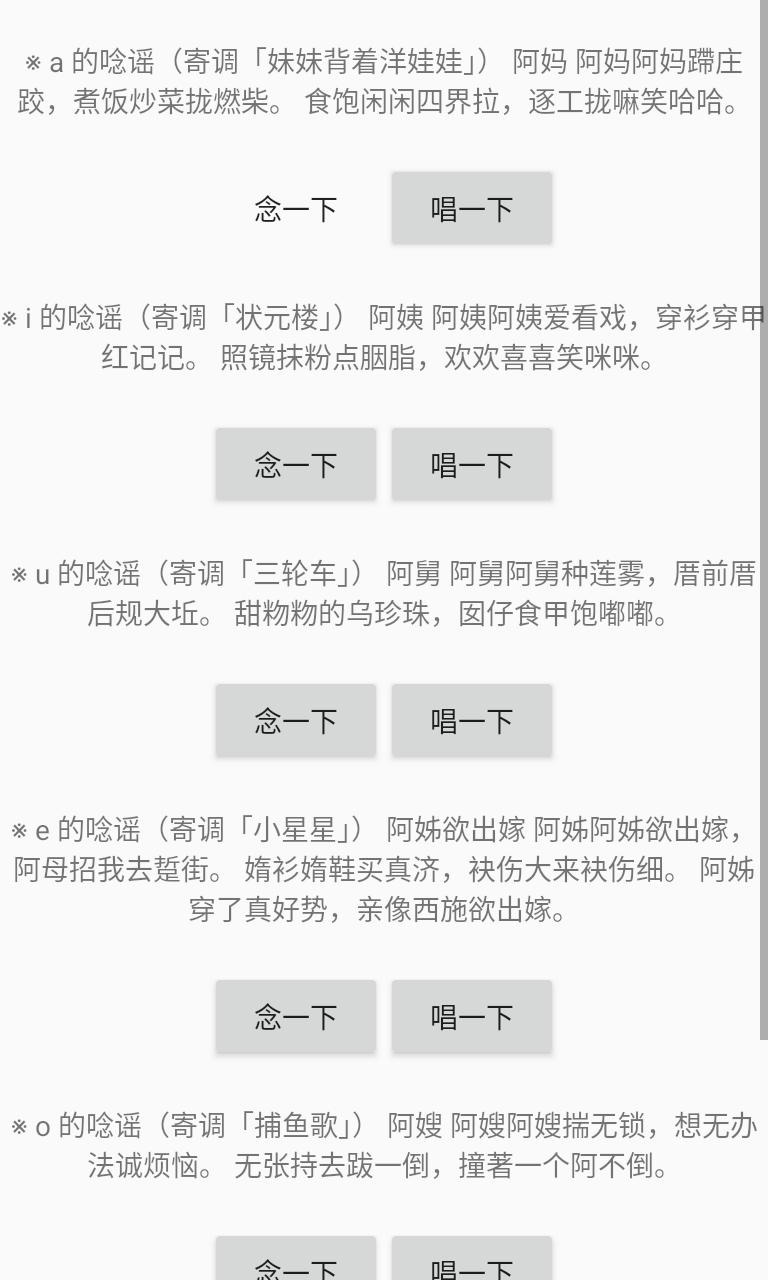
Repository: DIRONY/MinXue
Layout: MinXue/res/layout/fragment_nianyao.xml
The author's editor kept a copy of each file at every save. The layout is drawn from the files as they stood at one save, then again after the next save.
It is drawn on a 768 x 1280 px phone screen (xhdpi) without system bars, with theme AppTheme; the app's code is not run.

Above is the layout before, as saved 2014-12-03 06:22:54.

### MinXue/res/layout/fragment_nianyao.xml
<?xml version="1.0" encoding="utf-8"?>
<ScrollView xmlns:android="http://schemas.android.com/apk/res/android"
    android:layout_width="match_parent"
    android:layout_height="match_parent" >

    <LinearLayout
        android:layout_width="match_parent"
        android:layout_height="wrap_content"
        android:orientation="vertical" >

        <TextView
            android:layout_width="match_parent"
            android:layout_height="wrap_content"
            android:layout_gravity="fill_vertical"
            android:layout_marginTop="20dp"
            android:gravity="center"
            android:text="※ a 的唸谣（寄调「妹妹背着洋娃娃」）
阿妈
阿妈阿妈蹛庄跤，煮饭炒菜拢燃柴。
食饱闲闲四界拉，逐工拢嘛笑哈哈。" />

        <LinearLayout
            android:layout_width="wrap_content"
            android:layout_height="wrap_content"
            android:layout_gravity="center"
            android:layout_marginTop="20dp"
            android:orientation="horizontal" >

            <Button
                android:id="@+id/a_read"
                android:layout_width="wrap_content"
                android:layout_height="wrap_content"
                style="?android:attr/buttonBarStyle"
                android:text="念一下" />

            <Button
                android:id="@+id/a_sing"
                android:layout_width="wrap_content"
                android:layout_height="wrap_content"
                android:text="唱一下" />
        </LinearLayout>

        <TextView
            android:layout_width="match_parent"
            android:layout_height="wrap_content"
            android:layout_gravity="fill_vertical"
            android:layout_marginTop="20dp"
            android:gravity="center"
            android:text="※ i 的唸谣（寄调「状元楼」）
阿姨
阿姨阿姨爱看戏，穿衫穿甲红记记。
照镜抹粉点胭脂，欢欢喜喜笑咪咪。" />

        <LinearLayout
            android:layout_width="wrap_content"
            android:layout_height="wrap_content"
            android:layout_gravity="center"
            android:layout_marginTop="20dp"
            android:orientation="horizontal" >

            <Button
                android:id="@+id/i_read"
                android:layout_width="wrap_content"
                android:layout_height="wrap_content"
                android:text="念一下" />

            <Button
                android:id="@+id/i_sing"
                android:layout_width="wrap_content"
                android:layout_height="wrap_content"
                android:text="唱一下" />
        </LinearLayout>

        <TextView
            android:layout_width="match_parent"
            android:layout_height="wrap_content"
            android:layout_gravity="fill_vertical"
            android:layout_marginTop="20dp"
            android:gravity="center"
            android:text="※ u 的唸谣（寄调「三轮车」）
阿舅
阿舅阿舅种莲雾，厝前厝后规大坵。
甜粅粅的乌珍珠，囡仔食甲饱嘟嘟。" />
         <LinearLayout
            android:layout_width="wrap_content"
            android:layout_height="wrap_content"
            android:layout_gravity="center"
            android:layout_marginTop="20dp"
            android:orientation="horizontal" >

            <Button
                android:id="@+id/u_read"
                android:layout_width="wrap_content"
                android:layout_height="wrap_content"
                android:text="念一下" />

            <Button
                android:id="@+id/u_sing"
                android:layout_width="wrap_content"
                android:layout_height="wrap_content"
                android:text="唱一下" />
        </LinearLayout>
         <TextView
            android:layout_width="match_parent"
            android:layout_height="wrap_content"
            android:layout_gravity="fill_vertical"
            android:layout_marginTop="20dp"
            android:gravity="center"
            android:text="※ e 的唸谣（寄调「小星星」）
阿姊欲出嫁
阿姊阿姊欲出嫁，阿母招我去踅街。
媠衫媠鞋买真济，袂伤大来袂伤细。
阿姊穿了真好势，亲像西施欲出嫁。" />
          <LinearLayout
            android:layout_width="wrap_content"
            android:layout_height="wrap_content"
            android:layout_gravity="center"
            android:layout_marginTop="20dp"
            android:orientation="horizontal" >

            <Button
                android:id="@+id/e_read"
                android:layout_width="wrap_content"
                android:layout_height="wrap_content"
                android:text="念一下" />

            <Button
                android:id="@+id/e_sing"
                android:layout_width="wrap_content"
                android:layout_height="wrap_content"
                android:text="唱一下" />
        </LinearLayout>
         <TextView
            android:layout_width="match_parent"
            android:layout_height="wrap_content"
            android:layout_gravity="fill_vertical"
            android:layout_marginTop="20dp"
            android:gravity="center"
            android:text="※ o 的唸谣（寄调「捕鱼歌」）
阿嫂
阿嫂阿嫂揣无锁，想无办法诚烦恼。
无张持去跋一倒，撞著一个阿不倒。" />
           <LinearLayout
            android:layout_width="wrap_content"
            android:layout_height="wrap_content"
            android:layout_gravity="center"
            android:layout_marginTop="20dp"
            android:orientation="horizontal" >

            <Button
                android:id="@+id/o_read"
                android:layout_width="wrap_content"
                android:layout_height="wrap_content"
                android:text="念一下" />

            <Button
                android:id="@+id/o_sing"
                android:layout_width="wrap_content"
                android:layout_height="wrap_content"
                android:text="唱一下" />
        </LinearLayout>
          <TextView
            android:layout_width="match_parent"
            android:layout_height="wrap_content"
            android:layout_gravity="fill_vertical"
            android:layout_marginTop="20dp"
            android:gravity="center"
            android:text="※ oo 的唸谣（寄调「小甜甜」）
阿祖
阿祖阿祖起烘炉，鰇鱼烘甲酥稣稣。
芳味冲甲规条路，孙仔食甲揽腹肚。" />
            <LinearLayout
            android:layout_width="wrap_content"
            android:layout_height="wrap_content"
            android:layout_gravity="center"
            android:layout_marginTop="20dp"
            android:orientation="horizontal" >

            <Button
                android:id="@+id/oo_read"
                android:layout_width="wrap_content"
                android:layout_height="wrap_content"
                android:text="念一下" />

            <Button
                android:id="@+id/oo_sing"
                android:layout_width="wrap_content"
                android:layout_height="wrap_content"
                android:text="唱一下" />
        </LinearLayout>
    </LinearLayout>
</ScrollView>

### MinXue/res/drawable/actionbar_tab_indicator.xml
<?xml version="1.0" encoding="utf-8"?>
<selector xmlns:android="http://schemas.android.com/apk/res/android" >
    <!-- STATES WHEN BUTTON IS NOT PRESSED -->

    <!-- Non focused states -->
    <item android:state_focused="false" android:state_selected="false"
          android:state_pressed="false"
          android:drawable="@color/softyellow" />
    <item android:state_focused="false" android:state_selected="true"
          android:state_pressed="false"
          android:drawable="@color/softred" />

    <!-- Focused states (such as when focused with a d-pad or mouse hover) -->
    <item android:state_focused="true" android:state_selected="false"
          android:state_pressed="false"
          android:drawable="@color/softyellow" />
    <item android:state_focused="true" android:state_selected="true"
          android:state_pressed="false"
          android:drawable="@color/softred" />


<!-- STATES WHEN BUTTON IS PRESSED -->

    <!-- Non focused states -->
    <item android:state_focused="false" android:state_selected="false"
          android:state_pressed="true"
          android:drawable="@color/softyellow" />
    <item android:state_focused="false" android:state_selected="true"
        android:state_pressed="true"
        android:drawable="@color/softred" />

    <!-- Focused states (such as when focused with a d-pad or mouse hover) -->
    <item android:state_focused="true" android:state_selected="false"
          android:state_pressed="true"
          android:drawable="@color/softyellow" />
    <item android:state_focused="true" android:state_selected="true"
          android:state_pressed="true"
          android:drawable="@color/softred" />

</selector>

### MinXue/res/values/color.xml
<?xml version="1.0" encoding="utf-8"?>
<resources>
    <color name="deepblue">#0067a6</color>
    <color name="tab_background_color">#f2e7da</color>
    <color name="softgreen">#008972</color>
    <color name="softyellow">#efc028</color>
    <color name="softred">#f2572d</color>

</resources>

Loaded but not shown: MinXue/res/values/styles.xml (common file); MinXue/res/values-v11/styles.xml (common file); MinXue/res/values-v14/styles.xml (common file)

After the next save:
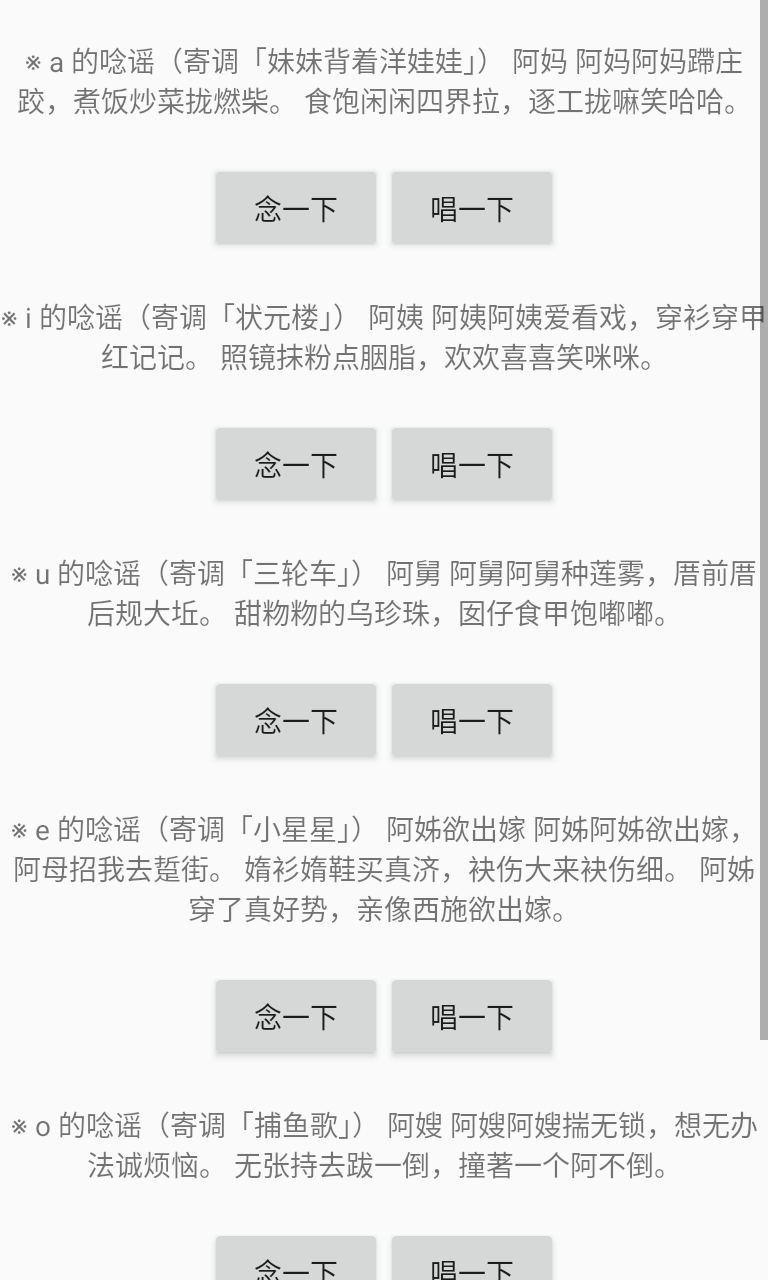
Saved 2 min 22 s later.
--- a/MinXue/res/layout/fragment_nianyao.xml
+++ b/MinXue/res/layout/fragment_nianyao.xml
@@ -30,7 +30,7 @@
                 android:id="@+id/a_read"
                 android:layout_width="wrap_content"
                 android:layout_height="wrap_content"
-                style="?android:attr/buttonBarStyle"
+                style="?android:attr/button"
                 android:text="念一下" />
 
             <Button
